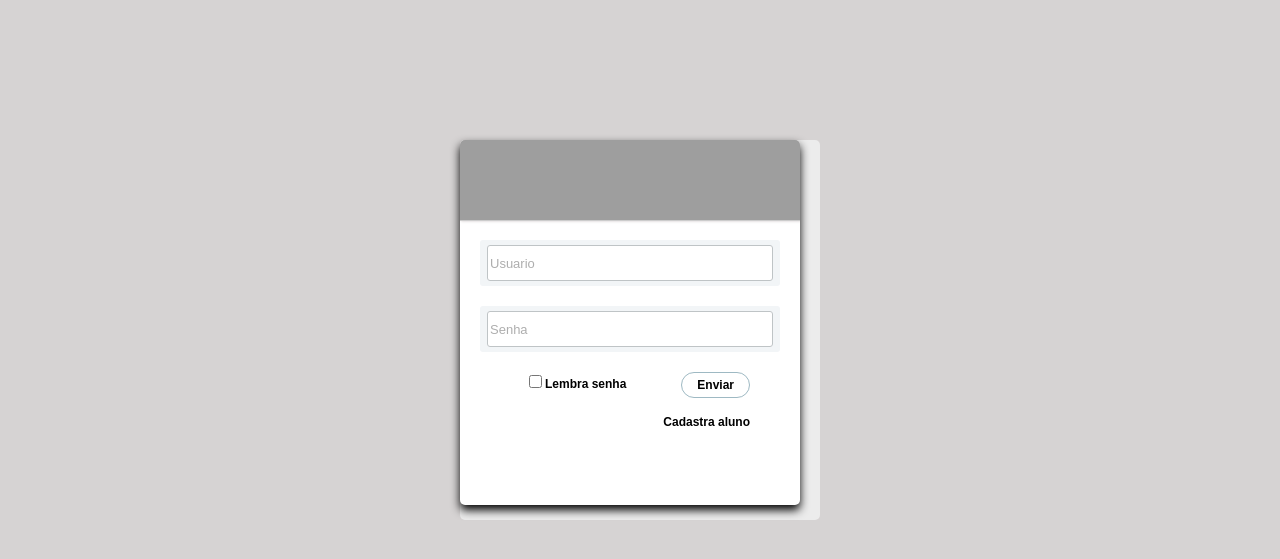
Repository: luisjonson/ProjetoWebAcademia
Page: http://localhost/RepositorioWebProject/Login.jsp
An editor plug-in stored every save of this project. The page is shown before and after the next save, followed by the edit.
The browser window is 1280 px wide. The pictures show the whole page.
Pictures or frames that could not be fetched are drawn as grey boxes. The page is served by Tomcat 9.

Above is the page before, as saved 2017-04-10 01:55:38.

After the next save:
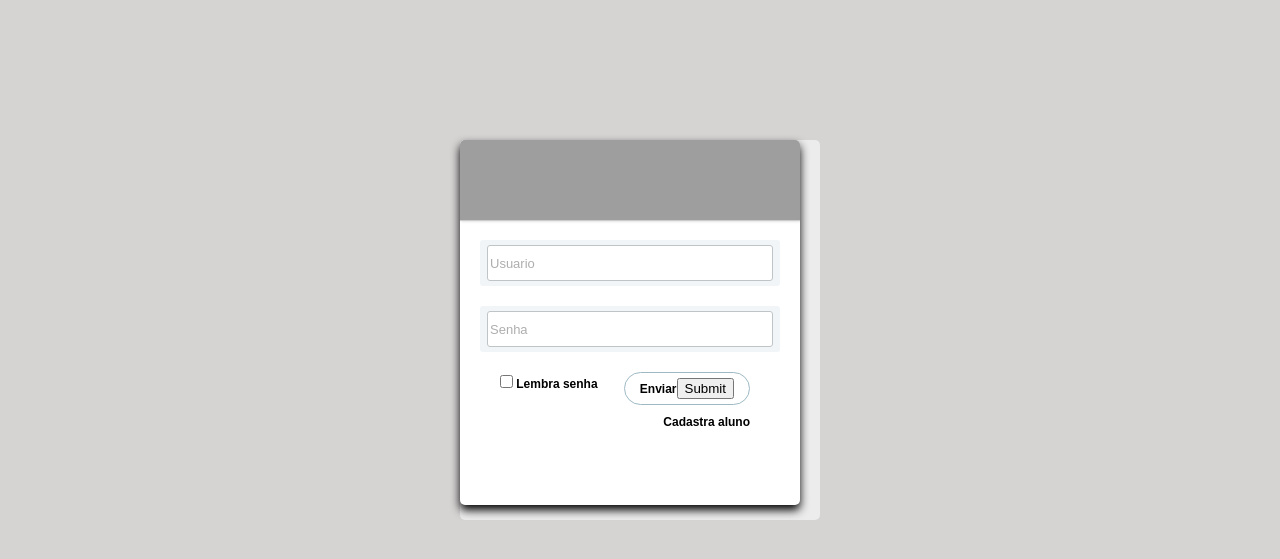
Saved 39 s later.
--- a/Projeto_Web/RepositorioWebProject/WebContent/Login.jsp
+++ b/Projeto_Web/RepositorioWebProject/WebContent/Login.jsp
@@ -121,7 +121,7 @@ body {
 				</div>
 
                 <div id="botoes">
-                  <div id="botao" >Enviar</div>
+                  <div id="botao" >Enviar<input type="submit"></div>
                   <div id="lembra-senha"><input type="checkbox"/>Lembra senha</div><br><br>
                   <div id="CadastraAluno">Cadastra aluno</div>
                   </div>
